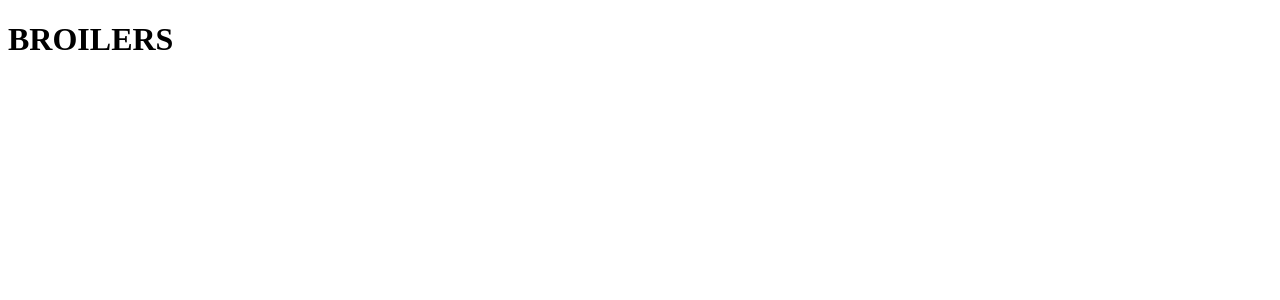
Repository: Allevandrose/Agri-invest
Page: poultry images/broilers.html
The author's editor kept a copy of each file at every save. The page is drawn from the files as they stood at one save, then again after a run of saves.
The browser window is 1280 px wide. The pictures show the whole page.

Above is the page before, as saved 2024-04-16 13:14:55.

After the next 2 saves:
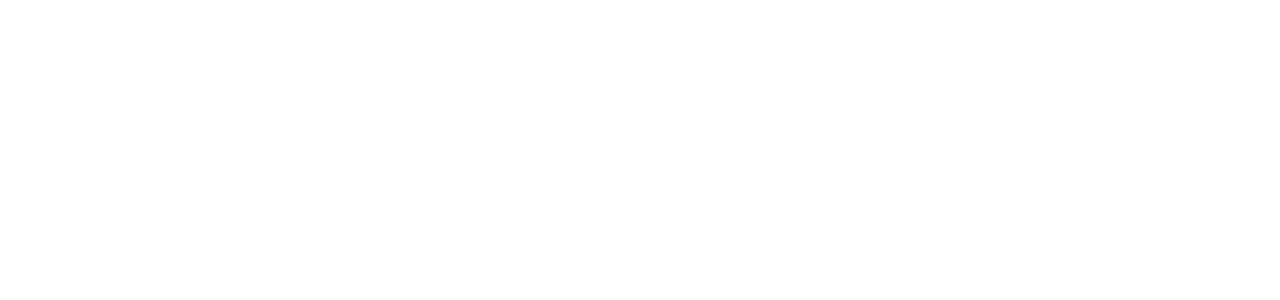
The 2 saves are shown as one change because they came seconds apart.
The last was saved 46 s later.
--- a/poultry images/broilers.html
+++ b/poultry images/broilers.html
@@ -6,10 +6,9 @@
     <meta name="viewport" content="width=device-width, initial-scale=1.0">
     <title>Document</title>
 </head>
-<h1>BROILERS</h1>
+
 
 <body>
-
 </body>
 
 </html>

After the 5 saves that followed:
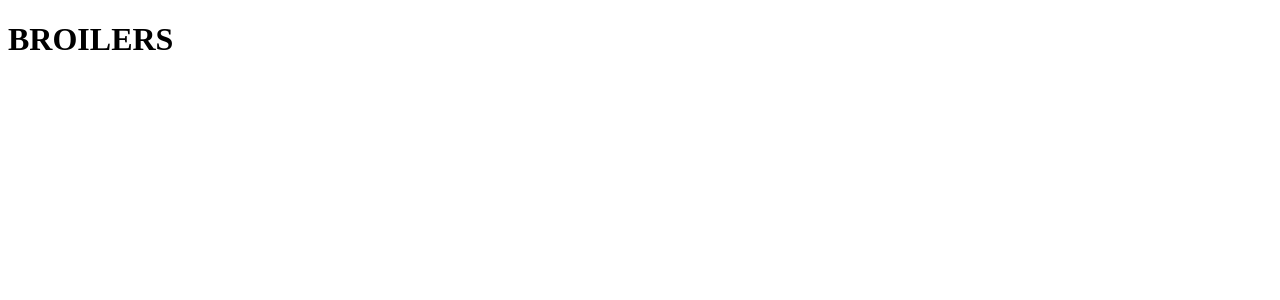
The 5 saves are shown as one change because 1 left the picture as it was and some came seconds apart.
The last was saved 17 s later.
--- a/poultry images/broilers.html
+++ b/poultry images/broilers.html
@@ -9,6 +9,7 @@
 
 
 <body>
+    <h1>BROILERS</h1>
 </body>
 
 </html>
